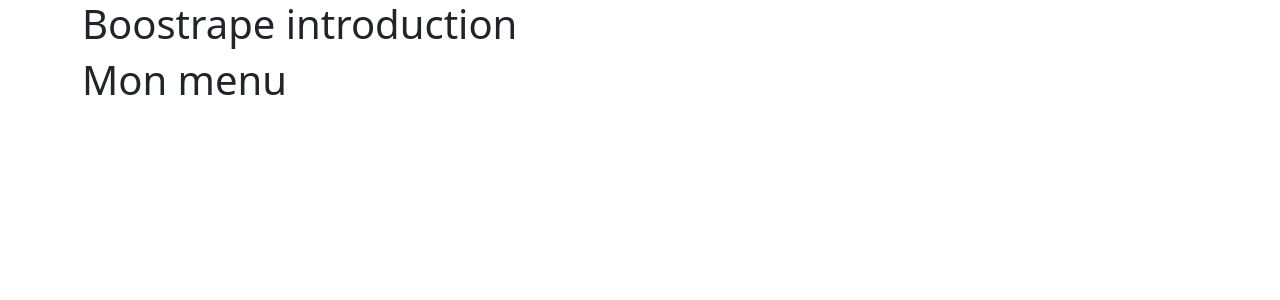
Repository: feyroozecode/meta_backed_dev_coursera
Page: intro-boostrape/index.html
The author's editor kept a copy of each file at every save. The page is drawn from the files as they stood at one save, then again after a run of saves.
The browser window is 1280 px wide. The pictures show the whole page.

Above is the page before, as saved 2023-07-06 15:19:21.

### intro-boostrape/index.html
<!DOCTYPE html>
<html lang="en">
<head>
    <meta charset="UTF-8">
    <meta name="viewport" content="width=device-width, initial-scale=1.0">
    <link href="https://cdn.jsdelivr.net/npm/bootstrap@5.2.3/dist/css/bootstrap.min.css" rel="stylesheet"  />
    <title>Intro Boostrap</title>
</head>
<body>

<div>
    <h1 class=" container bg-center">Boostrape introduction </h1>

    <div  class="container bg-center">
        <div class="row">
            <div class="col">
                <h1>Mon menu</h1>
            </div>
            <div class="col">

            </div>
        </div>
    </div>

</div>


    <script src="https://cdn.jsdelivr.net/npm/bootstrap@5.2.3/dist/js/bootstrap.min.js" integrity="sha384-cuYeSxntonz0PPNlHhBs68uyIAVpIIOZZ5JqeqvYYIcEL727kskC66kF92t6Xl2V" crossorigin="anonymous"></script>

</body>
</html>

After the next 2 saves:
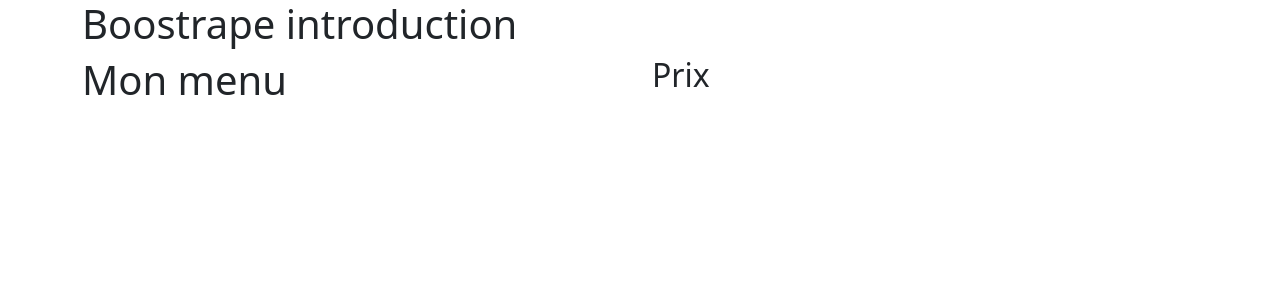
The 2 saves are shown as one change because they came seconds apart.
The last was saved 15 s later.
--- a/intro-boostrape/index.html
+++ b/intro-boostrape/index.html
@@ -17,7 +17,9 @@
                 <h1>Mon menu</h1>
             </div>
             <div class="col">
-
+                <h2>
+                    Prix
+                </h2>
             </div>
         </div>
     </div>
